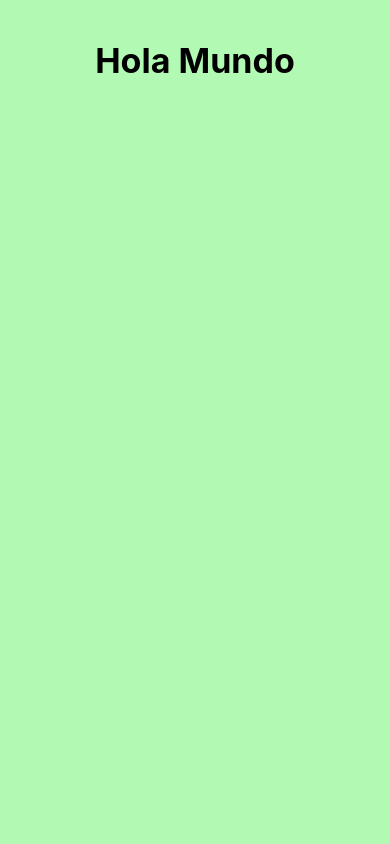
Repository: AleMicky/citas
Screen: /
An editor plug-in stored every save of this project. The screen is shown before and after the next save, followed by the edit.
The app was drawn by React Native's web renderer in a window 390 px wide. The project was rebuilt for these pictures with package versions that can differ from the ones it lists, and the page was loaded fresh each time.

Above is the screen before, as saved 2020-06-27 00:02:24.

After the next save:
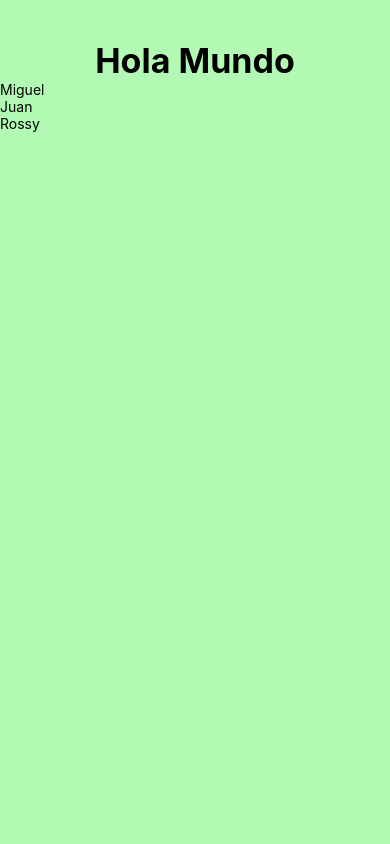
Saved 15 s later.
--- a/App.js
+++ b/App.js
@@ -15,7 +15,7 @@ export default function App() {
         <FlatList data = {citas}
                   renderItem = {(citas) => (
                     <View>
-                        <Text>{citas.paciente}</Text>
+                        <Text>{citas.item.paciente}</Text>
                     </View>
                   )}
           />
